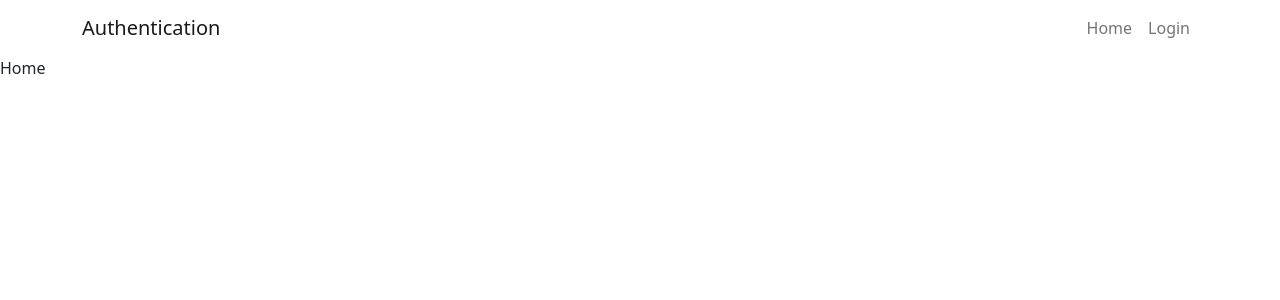
Repository: RubaHusam/MERN-Auth
Page: / (app in frontend/)
These files come from the project's save history. The page is drawn as it stood at one moment and after the next save; the edit follows.
The browser window is 1280 px wide. The pictures show the whole page.
The project was rebuilt for these pictures with package versions that can differ from the ones it lists, and the page was loaded fresh each time.

Above is the page before, as saved 2023-01-27 18:16:56.

### frontend/src/index.js
import React from 'react';
import ReactDOM from 'react-dom/client';
import './index.css';
import App from './App';

import 'bootstrap/dist/css/bootstrap.min.css';

const root = ReactDOM.createRoot(document.getElementById('root'));
root.render(
  <React.StrictMode>
    <App />
  </React.StrictMode>
);

### frontend/src/App.js
import React from 'react';
import { BrowserRouter as Router, Route, Routes } from 'react-router-dom';

import Header from './components/Layout/Header';

function App() {
  return (
    <>
      <Router>
        <Header />
        <Routes>
          <Route path='/' element={<div>Home</div>}></Route>
          <Route path='/register' element={<div>Register</div>}></Route>
          <Route path='/login' element={<div>Login</div>}></Route>
          <Route path='/customer' element={<div>Customer</div>}></Route>
        </Routes>
      </Router>
    </>
  );
}

export default App;

### frontend/src/components/Layout/Header.js
import React from 'react';
import { Nav, Navbar, Container, NavLink } from 'react-bootstrap';
import { Link } from 'react-router-dom';

export default function Header() {
  return (
    <>
      <Navbar collapseOnSelect expand='lg'>
        <Container>
          <Link to='/' style={{ textDecoration: 'none' }}>
            <Navbar.Brand href='/'>Authentication</Navbar.Brand>
          </Link>
          <Navbar.Toggle aria-controls='responsive-navbar-nav' />
          <Navbar.Collapse id='responsive-navbar-nav'>
            <Nav
              style={{
                display: 'flex',
                justifyContent: 'right',
                width: '100%',
                textDecoration: 'none',
              }}>
              <Link to='/' style={{ textDecoration: 'none' }}>
                <NavLink href='/'>Home</NavLink>
              </Link>
              <Link to='/login' style={{ textDecoration: 'none' }}>
                <NavLink href='/login'>Login</NavLink>
              </Link>
            </Nav>
          </Navbar.Collapse>
        </Container>
      </Navbar>
    </>
  );
}

Loaded but not shown: frontend/public/index.html (common file); frontend/src/index.css (common file)

After the next save:
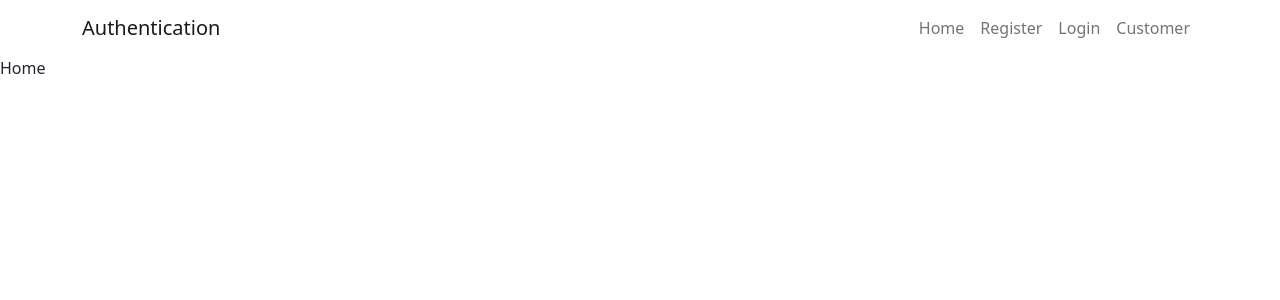
Saved 53 s later.
--- a/frontend/src/components/Layout/Header.js
+++ b/frontend/src/components/Layout/Header.js
@@ -22,8 +22,14 @@ export default function Header() {
               <Link to='/' style={{ textDecoration: 'none' }}>
                 <NavLink href='/'>Home</NavLink>
               </Link>
+              <Link to='/register' style={{ textDecoration: 'none' }}>
+                <NavLink href='/register'>Register</NavLink>
+              </Link>
               <Link to='/login' style={{ textDecoration: 'none' }}>
                 <NavLink href='/login'>Login</NavLink>
+              </Link>
+              <Link to='/customer' style={{ textDecoration: 'none' }}>
+                <NavLink href='/customer'>Customer</NavLink>
               </Link>
             </Nav>
           </Navbar.Collapse>
